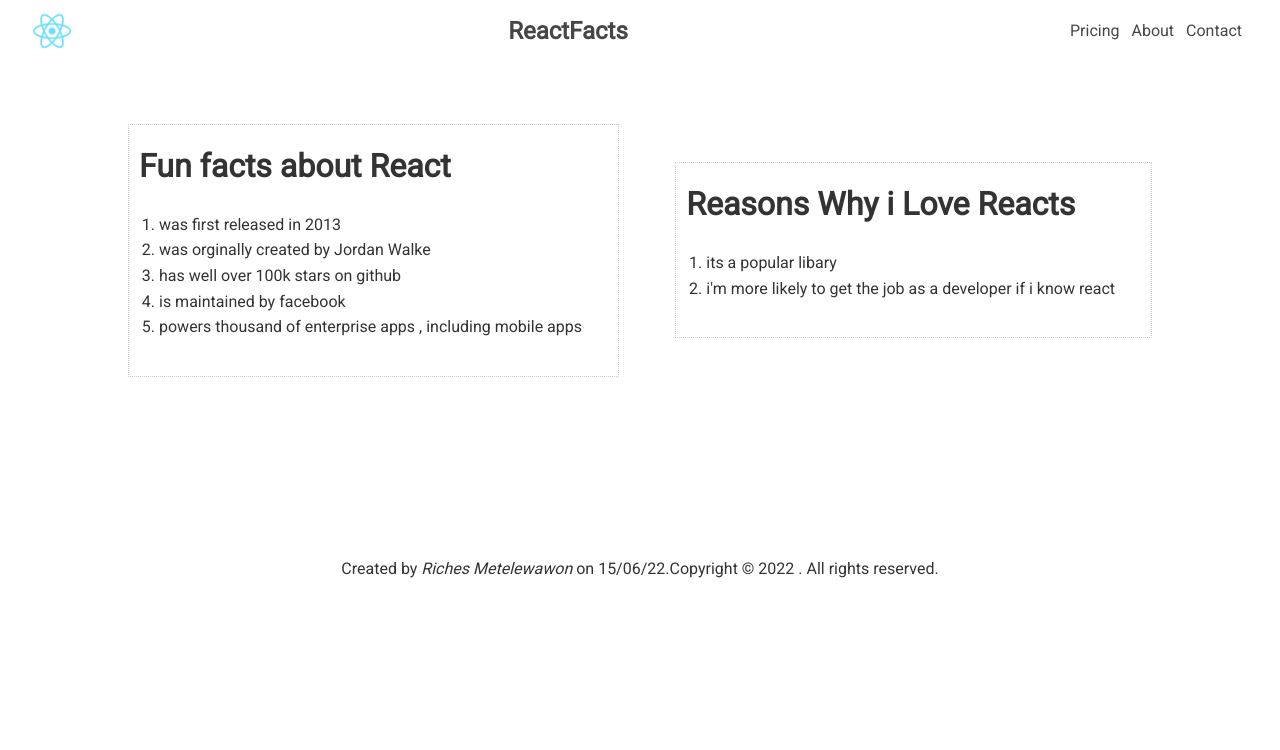
Repository: Richswag009/my-travel-journal
Page: /
These files come from the project's save history. The page is drawn as it stood at one moment and after the next save; the edit follows.
The browser window is 1280 px wide. The pictures show the whole page.
The project was rebuilt for these pictures with package versions that can differ from the ones it lists, and the page was loaded fresh each time.

Above is the page before, as saved 2022-06-15 13:23:14.

After the next save:
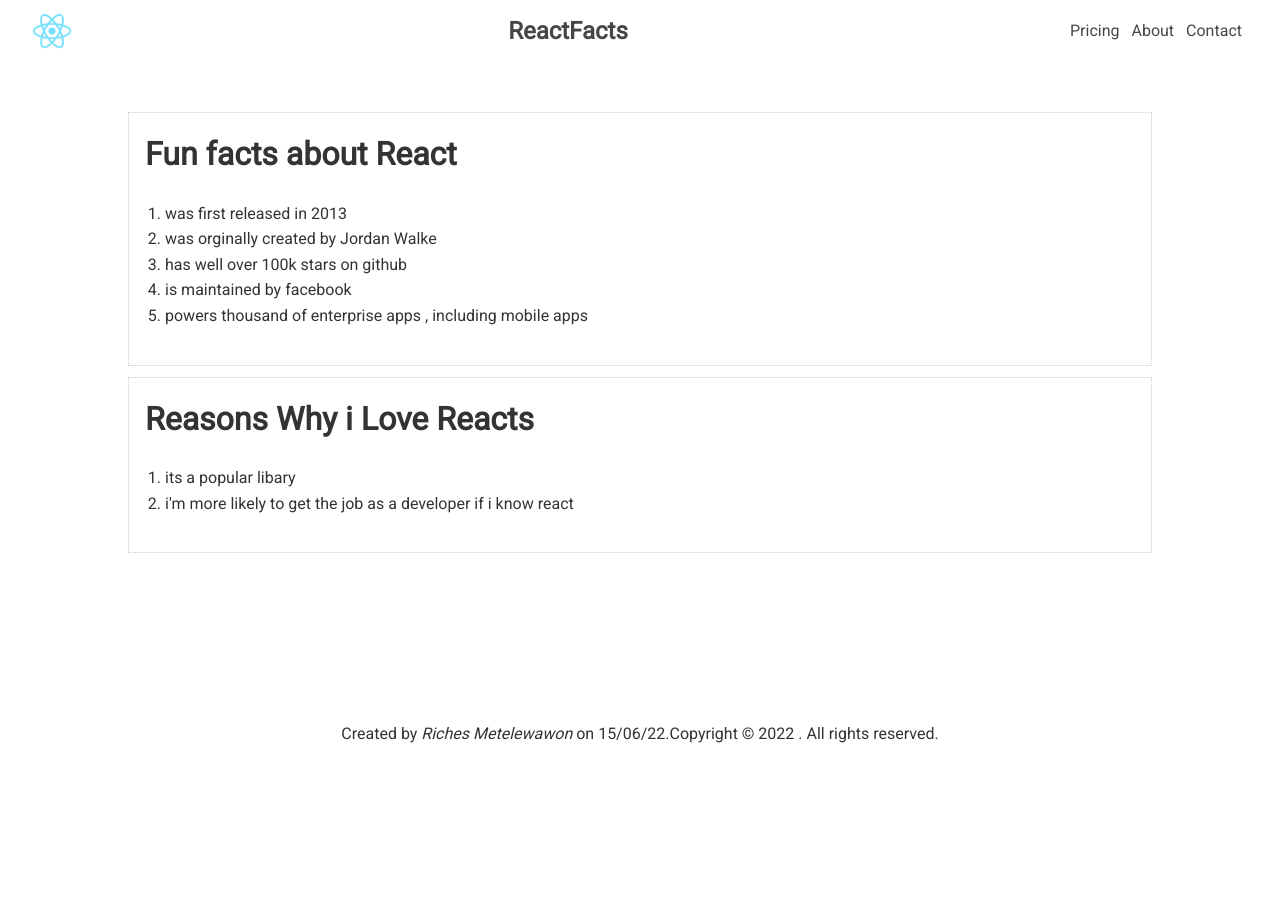
Saved 76 s later.
--- a/src/App.css
+++ b/src/App.css
@@ -183,13 +183,7 @@
   padding: 10px 0;
   text-align: center;
 }
-.content{
-  display: flex;
-  justify-content: space-between;
-  align-items: center;
-}.content >div{
-  padding-left:10px;
-}
+
 /* Grid */
 .grid-2 {
   display: grid;
